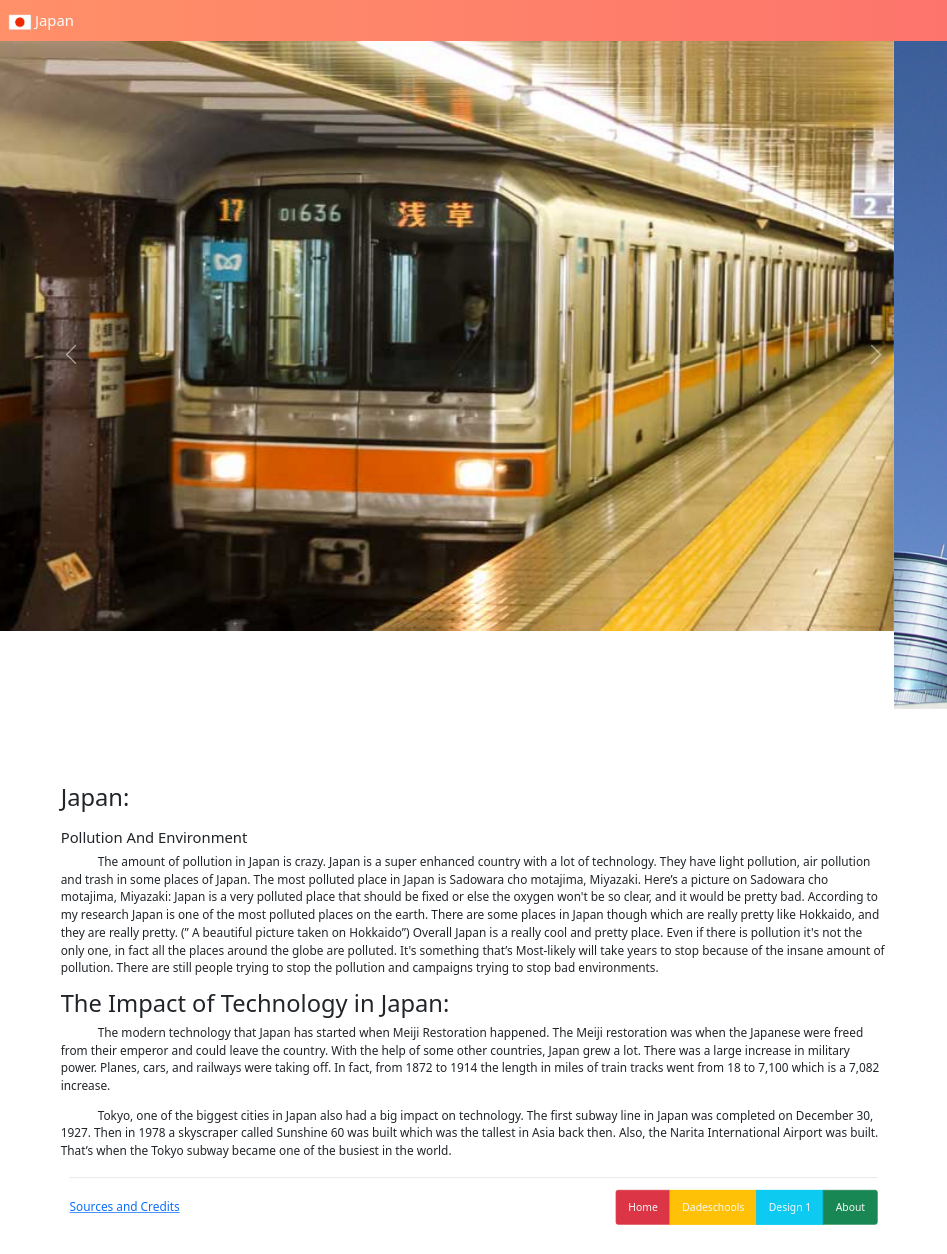
Repository: mrchilliballs/mrchilliballs.github.io
Page: index.html
The author's editor kept a copy of each file at every save. The page is drawn from the files as they stood at one save, then again after the next save.
The browser window is 1280 px wide. The pictures show the whole page, at 74% of full size.

Above is the page before, as saved 2021-09-02 18:43:38.

### index.html
<!DOCTYPE html>
<html lang="en">
<head>
    <meta charset="UTF-8">
    <meta http-equiv="X-UA-Compatible" content="IE=edge">
    <!-- CSS only -->
<link href="https://cdn.jsdelivr.net/npm/bootstrap@5.1.0/dist/css/bootstrap.min.css" rel="stylesheet" integrity="sha384-KyZXEAg3QhqLMpG8r+8fhAXLRk2vvoC2f3B09zVXn8CA5QIVfZOJ3BCsw2P0p/We" crossorigin="anonymous">
    <meta name="viewport" content="width=device-width, initial-scale=1.0">
    <title>Document</title>
    <style>
    </style>
</head>
<body>
    <nav class="navbar navbar-light bg-light fixed-top" style="background: #fd746c;  /* fallback for old browsers */
    background: -webkit-linear-gradient(to right, #ff9068, #fd746c);  /* Chrome 10-25, Safari 5.1-6 */
    background: linear-gradient(to right, #ff9068, #fd746c); /* W3C, IE 10+/ Edge, Firefox 16+, Chrome 26+, Opera 12+, Safari 7+ */
    ">
        <div class="container-fluid">
          <a class="navbar-brand" href="#">
            <img src="japan.gif" alt="" width="30" height="20 class="d-inline-block align-text-top">
            <span class="text-light">Japan</span>
          </a>
        </div>
      </nav>
      <div id="carouselExampleIndicators" class="carousel slide" data-bs-ride="carousel">
        <div class="carousel-indicators">
          <button type="button" data-bs-target="#carouselExampleIndicators" data-bs-slide-to="0" class="active" aria-current="true" aria-label="Slide 1"></button>
          <button type="button" data-bs-target="#carouselExampleIndicators" data-bs-slide-to="1" aria-label="Slide 2"></button>
          <button type="button" data-bs-target="#carouselExampleIndicators" data-bs-slide-to="2" aria-label="Slide 3"></button>
          <button type="button" data-bs-target="#carouselExampleIndicators" data-bs-slide-to="3" aria-label="Slide 4"></button>
        </div>
        <div class="carousel-inner">
          <div class="carousel-item active">
            <img src="subway.jpg" class="d-block w-100" alt="...">
          </div>
          <div class="carousel-item">
            <img src="sunshine.jpg" class="d-block w-100" alt="...">
          </div>
          <div class="carousel-item">
            <img src="Picture3.png" class="d-block w-100" alt="...">
          </div>
          <div class="carousel-item">
            <img src="Picture4.png" class="d-block w-100" alt="...">
          </div>
        </div>
        <button class="carousel-control-prev" type="button" data-bs-target="#carouselExampleIndicators" data-bs-slide="prev">
          <span class="carousel-control-prev-icon" aria-hidden="true"></span>
          <span class="visually-hidden">Previous</span>
        </button>
        <button class="carousel-control-next" type="button" data-bs-target="#carouselExampleIndicators" data-bs-slide="next">
          <span class="carousel-control-next-icon" aria-hidden="true"></span>
          <span class="visually-hidden">Next</span>
        </button>
      </div>
    <main class="container">
        <h2 style="margin-bottom: 0 !important;  margin-top: 100px;">Japan:</h2> <br><h5>Pollution And Environment</h5>

<p style="text-indent: 50px;">The amount of pollution in Japan is crazy. Japan is a super enhanced country with a lot of technology.
They have light pollution, air pollution and trash in some places of Japan. The most polluted place in Japan is Sadowara cho motajima, Miyazaki. Here’s a picture on Sadowara cho motajima, Miyazaki:
  Japan is a very polluted place that should be fixed or else the oxygen won't be so clear, and it would be pretty bad. According to my research Japan is one of the most polluted places on the earth. There are some places in Japan though which are really pretty like Hokkaido, and they are really pretty.
     (” A beautiful picture taken on Hokkaido”)
Overall Japan is a really cool and pretty place. Even if there is pollution it's not the only one, in fact all the places around the globe are polluted. It's something that’s Most-likely will take years to stop because of the insane amount of pollution. There are still people trying to stop the pollution and campaigns trying to stop bad environments.
</p>
<h2>The Impact of Technology in Japan:</h2>
	<p style="text-indent: 50px;">The modern technology that Japan has started when Meiji Restoration happened. The Meiji restoration was when the Japanese were freed from their emperor and could leave the country. With the help of some other countries, Japan grew a lot. There was a large increase in military power. Planes, cars, and railways were taking off. In fact, from 1872 to 1914 the length in miles of train tracks went from 18 to 7,100 which is a 7,082 increase.
	<br></p><p style="text-indent: 50px;">Tokyo, one of the biggest cities in Japan also had a big impact on technology. The first subway line in Japan was completed on December 30, 1927. Then in 1978 a skyscraper called Sunshine 60 was built which was the tallest in Asia back then. Also, the Narita International Airport was built. That’s when the Tokyo subway became one of the busiest in the world.
        <div class="container">
            <footer class="d-flex flex-wrap justify-content-between align-items-center py-3 my-4 border-top" style="">
              <div class="dropdown">
                <a class="" href="#" role="button" id="dropdownMenuLink" data-bs-toggle="dropdown" aria-expanded="false">
                  Sources and Credits
                </a>

                <ul class="dropdown-menu" aria-labelledby="dropdownMenuLink">
                  <li><a class="dropdown-item" href="https://www.world-weather-travellers-guide.com/air-pollution-in-japan.htm">Source 1</a></li>
                  <li><a class="dropdown-item" href="https://www.nytimes.com/1964/12/26/archives/tokyo-troubled-by-air-pollution-emphasis-in-smog-control-is-still.html">Source 2</a></li>
                  <li><a class="dropdown-item" href="https://creativecommons.org/licenses/by-nc/2.0/s">Source 3</a></li>
                  <li><a class="dropdown-item" href="https://encyclopedia.1914-1918 online.net/article/science_and_technology_japan ">Source 4</a></li>
                  <li><a class="dropdown-item" href="https://en.wikipedia.org/wiki/Tokyo">Source 5</a></li>
                  <li><a class="dropdown-item" href="https://en.wikipedia.org/wiki/Meiji_Restoration ">Source 6</a></li>
                </ul>
              </div>
              <a href="/" class="col-md-4 d-flex align-items-center justify-content-center mb-3 mb-md-0 me-md-auto link-dark text-decoration-none">
                <svg class="bi me-2" width="40" height="32"><use xlink:href="#bootstrap"></use></svg>
              </a>

              <ul class="nav col-md-4 justify-content-end">
                <div class="btn-group" role="group" aria-label="Basic mixed styles example">
                  <button type="button" class="btn btn-danger btn-sm"><li class="nav-item"><a href="#" class="nav-link px-2 text-light">Home</a></li></button>
                  <button type="button" class="btn btn-warning btn-sm"><li class="nav-item"><a href="https://www3.dadeschools.net" class="nav-link px-2 text-light">Dadeschools</a></li></button>
                  <button type="button" class="btn btn-info btn-sm"><li class="nav-item"><a href="index.html" class="nav-link px-2 text-light">Design 1</a></li></button>
                  <button type="button" class="btn btn-success btn-sm"><li class="nav-item"><a class="nav-link px-2 text-light" href="#" role="button" id="dropdownMenuLink" data-bs-toggle="dropdown" aria-expanded="false">About</a><ul class="dropdown-menu" aria-labelledby="dropdownMenuLink1">
                    <li class="dropdown-item">We made this website using the program language "HTML". It took us a lot of work and we hope we get a good grade on this because we did our best on this website.</li>
                  </ul></li>
                  </button>
                </div>
              </ul>
            </footer>
          </div>
          <!-- JavaScript Bundle with Popper -->
<script src="https://cdn.jsdelivr.net/npm/bootstrap@5.1.0/dist/js/bootstrap.bundle.min.js" integrity="sha384-U1DAWAznBHeqEIlVSCgzq+c9gqGAJn5c/t99JyeKa9xxaYpSvHU5awsuZVVFIhvj" crossorigin="anonymous"></script>
    </main>
</body>
</html>

After the next save:
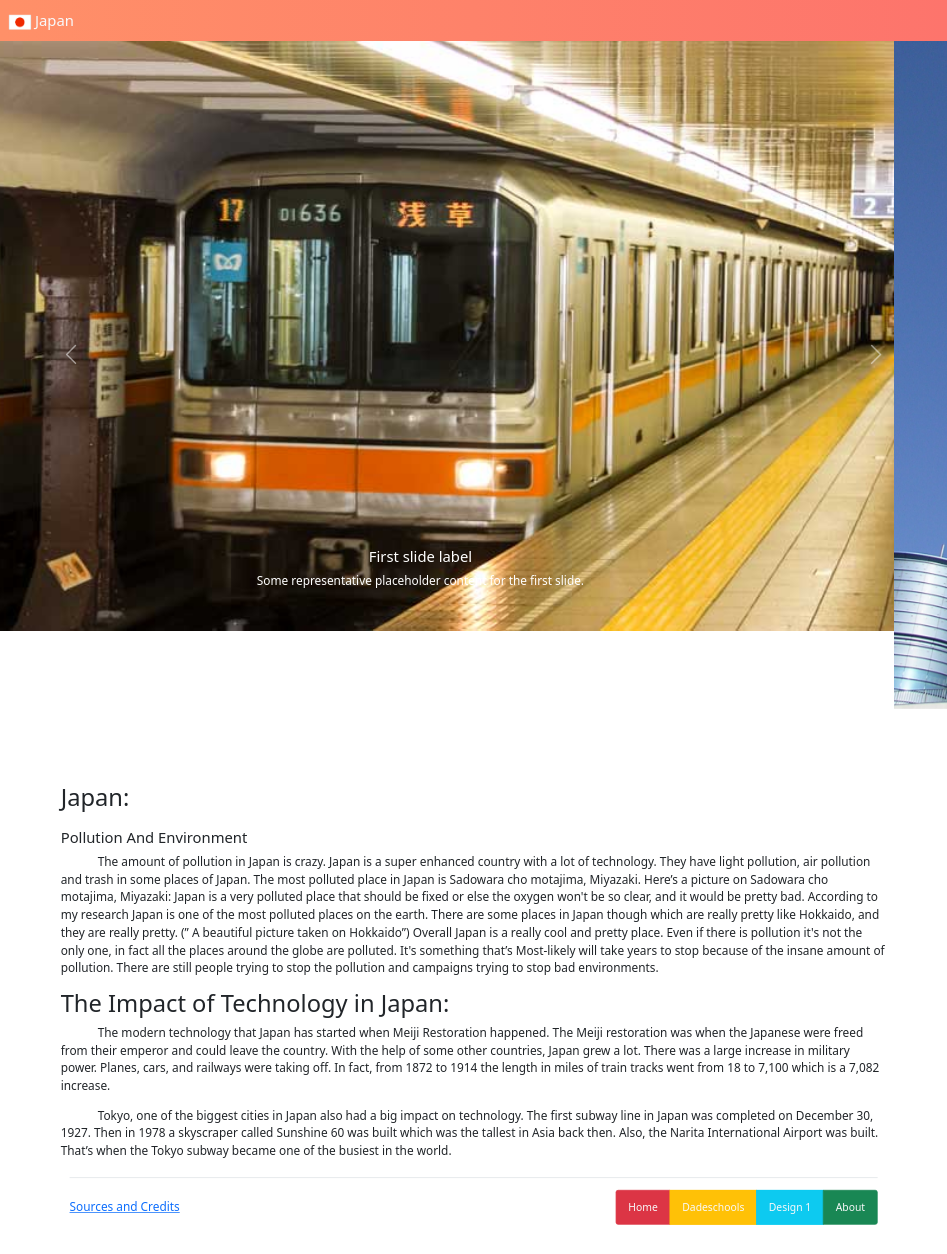
Saved 4 min 31 s later.
--- a/index.html
+++ b/index.html
@@ -32,6 +32,10 @@
         <div class="carousel-inner">
           <div class="carousel-item active">
             <img src="subway.jpg" class="d-block w-100" alt="...">
+            <div class="carousel-caption d-none d-md-block">
+              <h5>First slide label</h5>
+              <p>Some representative placeholder content for the first slide.</p>
+            </div>
           </div>
           <div class="carousel-item">
             <img src="sunshine.jpg" class="d-block w-100" alt="...">
